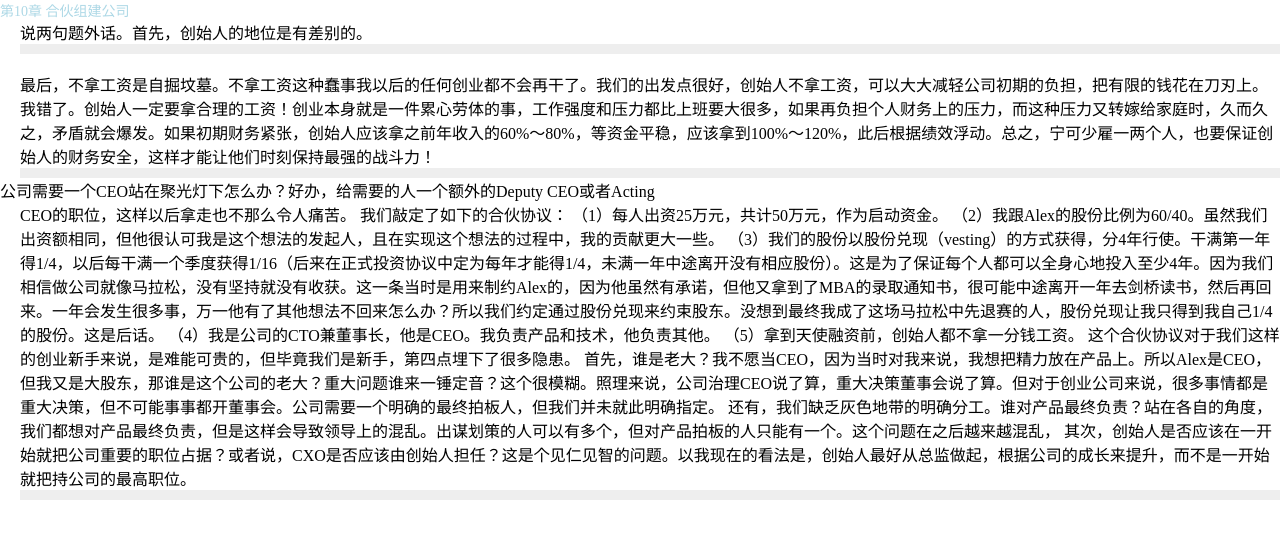
Repository: xudusheng/SSM
Page: SpringMVC/WebContent/HTML/first.html
These files come from the project's save history. The page is drawn as it stood at one moment and after the next save; the edit follows.
The browser window is 1280 px wide. The pictures show the whole page.

Above is the page before, as saved 2016-07-20 07:36:35.

After the next save:
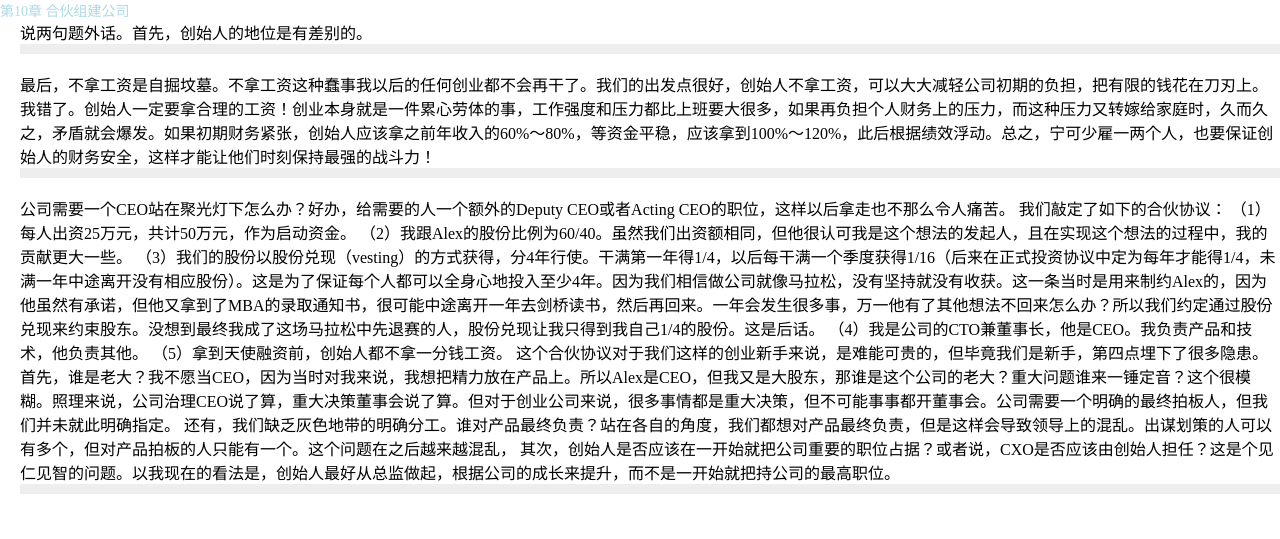
Saved 89 s later.
--- a/SpringMVC/WebContent/HTML/first.html
+++ b/SpringMVC/WebContent/HTML/first.html
@@ -13,9 +13,9 @@
 	<p class='article-title'>第10章 合伙组建公司</p>
 	<p class="content-line--grey">说两句题外话。首先，创始人的地位是有差别的。</p><br/>
 	<p class="content-line--grey">最后，不拿工资是自掘坟墓。不拿工资这种蠢事我以后的任何创业都不会再干了。我们的出发点很好，创始人不拿工资，可以大大减轻公司初期的负担，把有限的钱花在刀刃上。我错了。创始人一定要拿合理的工资！创业本身就是一件累心劳体的事，工作强度和压力都比上班要大很多，如果再负担个人财务上的压力，而这种压力又转嫁给家庭时，久而久之，矛盾就会爆发。如果初期财务紧张，创始人应该拿之前年收入的60%～80%，等资金平稳，应该拿到100%～120%，此后根据绩效浮动。总之，宁可少雇一两个人，也要保证创始人的财务安全，这样才能让他们时刻保持最强的战斗力！</p>
-	公司需要一个CEO站在聚光灯下怎么办？好办，给需要的人一个额外的Deputy CEO或者Acting
 	<br/>
 	<p class="content-line--grey">
+	公司需要一个CEO站在聚光灯下怎么办？好办，给需要的人一个额外的Deputy CEO或者Acting
 	CEO的职位，这样以后拿走也不那么令人痛苦。 我们敲定了如下的合伙协议： （1）每人出资25万元，共计50万元，作为启动资金。
 	（2）我跟Alex的股份比例为60/40。虽然我们出资额相同，但他很认可我是这个想法的发起人，且在实现这个想法的过程中，我的贡献更大一些。
 	（3）我们的股份以股份兑现（vesting）的方式获得，分4年行使。干满第一年得1/4，以后每干满一个季度获得1/16（后来在正式投资协议中定为每年才能得1/4，未满一年中途离开没有相应股份）。这是为了保证每个人都可以全身心地投入至少4年。因为我们相信做公司就像马拉松，没有坚持就没有收获。这一条当时是用来制约Alex的，因为他虽然有承诺，但他又拿到了MBA的录取通知书，很可能中途离开一年去剑桥读书，然后再回来。一年会发生很多事，万一他有了其他想法不回来怎么办？所以我们约定通过股份兑现来约束股东。没想到最终我成了这场马拉松中先退赛的人，股份兑现让我只得到我自己1/4的股份。这是后话。
